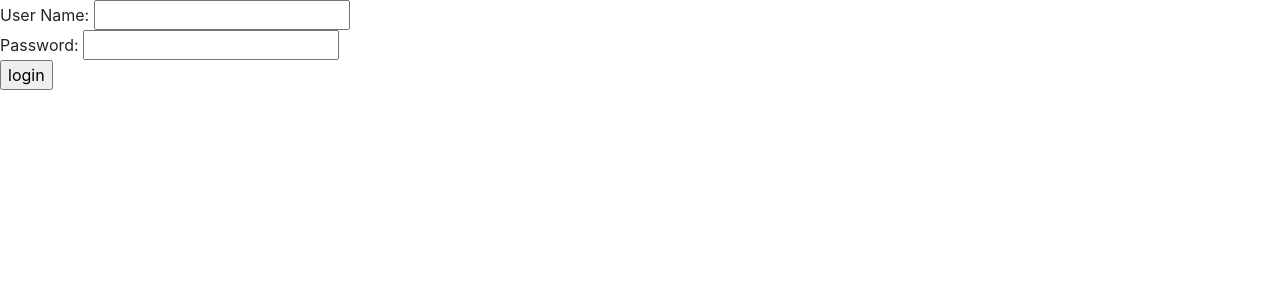
Repository: kiiigaaa/User_Profile
Page: http://localhost/GroceryOrdering/login.jsp
The author's editor kept a copy of each file at every save. The page is drawn from the files as they stood at one save, then again after the next save.
The browser window is 1280 px wide. The pictures show the whole page.
The page is served by Tomcat 9. Other server files are loaded and not shown.

Above is the page before, as saved 2022-11-14 07:14:36.

### GroceryOrdering/src/main/webapp/login.jsp
<%@ page language="java" contentType="text/html; charset=ISO-8859-1"
    pageEncoding="ISO-8859-1"%>
<!DOCTYPE html>
<html>
<head>
<meta charset="ISO-8859-1">
<link rel="stylesheet" href="https://cdn.jsdelivr.net/npm/bootstrap@4.3.1/dist/css/bootstrap.min.css" integrity="sha384-ggOyR0iXCbMQv3Xipma34MD+dH/1fQ784/j6cY/iJTQUOhcWr7x9JvoRxT2MZw1T" crossorigin="anonymous">
<title>login</title>
</head>
<body>

	<table>
	<form action="login" method="post">

		User Name: <input type="text" name="uname"><br>
		Password: <input type="password" name="pw"><br>

		<input type="submit" name="submit" value="login">

	</form>
	</table>

<script src="https://code.jquery.com/jquery-3.3.1.slim.min.js" integrity="sha384-q8i/X+965DzO0rT7abK41JStQIAqVgRVzpbzo5smXKp4YfRvH+8abtTE1Pi6jizo" crossorigin="anonymous"></script>
<script src="https://cdn.jsdelivr.net/npm/popper.js@1.14.7/dist/umd/popper.min.js" integrity="sha384-UO2eT0CpHqdSJQ6hJty5KVphtPhzWj9WO1clHTMGa3JDZwrnQq4sF86dIHNDz0W1" crossorigin="anonymous"></script>
<script src="https://cdn.jsdelivr.net/npm/bootstrap@4.3.1/dist/js/bootstrap.min.js" integrity="sha384-JjSmVgyd0p3pXB1rRibZUAYoIIy6OrQ6VrjIEaFf/nJGzIxFDsf4x0xIM+B07jRM" crossorigin="anonymous"></script>
</body>
</html>

After the next save:
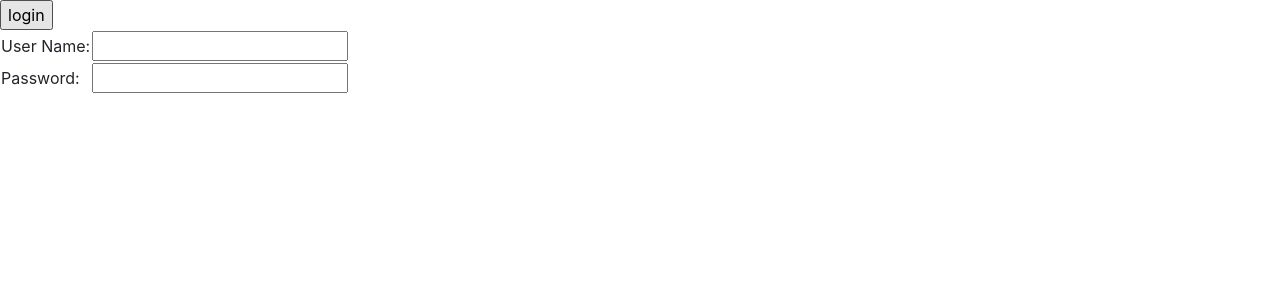
Saved 72 s later.
--- a/GroceryOrdering/src/main/webapp/login.jsp
+++ b/GroceryOrdering/src/main/webapp/login.jsp
@@ -10,10 +10,12 @@
 <body>
 
 	<table>
+
 	<form action="login" method="post">
-
-		User Name: <input type="text" name="uname"><br>
-		Password: <input type="password" name="pw"><br>
+	<tr>
+		<td>User Name: </td> <td><input type="text" name="uname"><br></td>
+	</tr>
+		<td>Password: </td><td><input type="password" name="pw"><br></td>
 
 		<input type="submit" name="submit" value="login">
 
